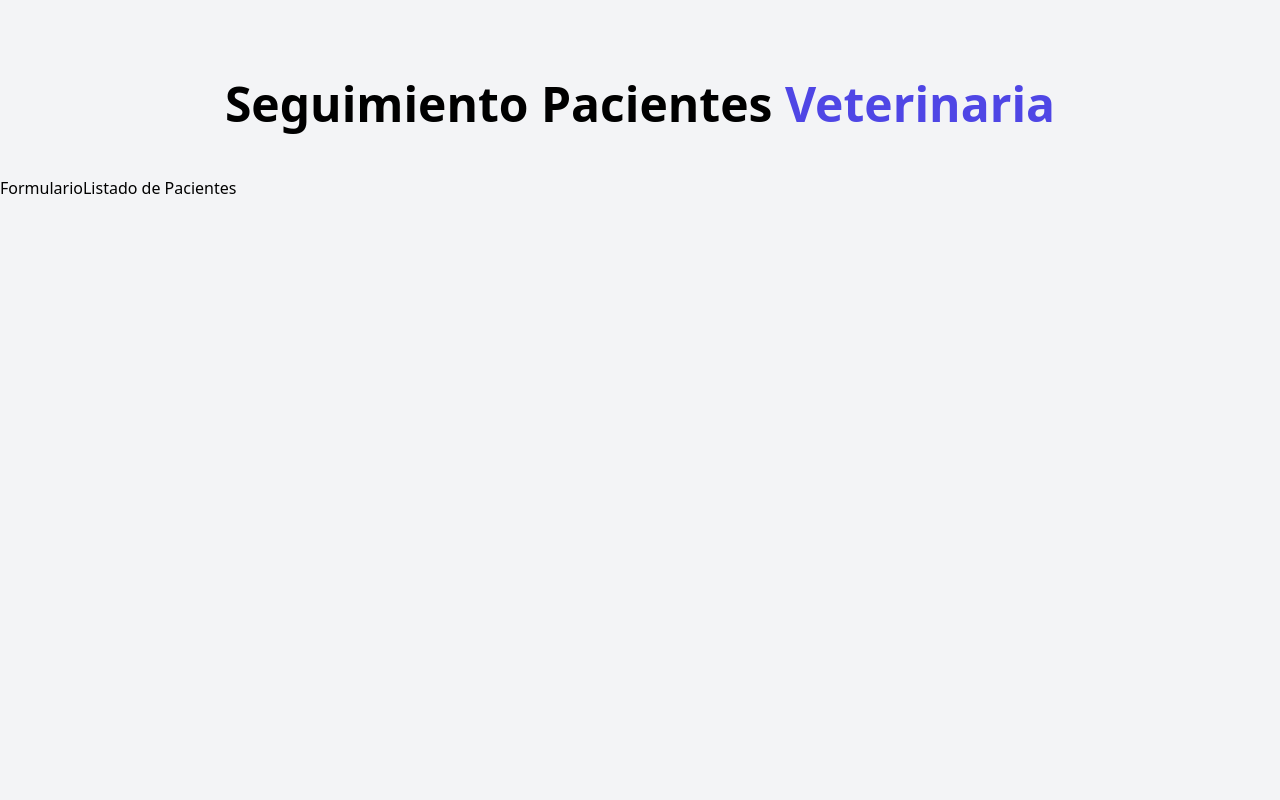
Repository: richardacb/citas_react_vite
Page: /
These files come from the project's save history. The page is drawn as it stood at one moment and after a run of saves; the edit follows.
The browser window is 1280 px wide. The pictures show the whole page.
The project was rebuilt for these pictures with package versions that can differ from the ones it lists, and the page was loaded fresh each time. Also part of the build but not shown: vite.config.js.

Above is the page before, as saved 2022-12-17 02:31:15.

### src/App.jsx
import { useState } from "react";
import Header from "./components/Header";
import Formulario from "./components/Formulario";
import ListadoPacientes from "./components/ListadoPacientes";

function App() {
  return (
    <div className="container mx-auto mt-20">
      <Header />
      <div className="mt-12 flex">
        <Formulario />
        <ListadoPacientes />
      </div>
    </div>
  );
}

export default App;

### src/components/Header.jsx
function Header() {
  return (
    <>
        <h1 className="font-black text-5xl text-center md:w-2/3 mx-auto">Seguimiento Pacientes {''}
         <span className="text-indigo-600">Veterinaria</span></h1>
    </>
  );
}

export default Header;

### src/components/Formulario.jsx
const Formulario = () => {
    return (
        <div className="">
            <h2>Formulario</h2>
        </div>
    )
}

export default Formulario;

### src/components/ListadoPacientes.jsx
const ListadoPacientes = () => {
    return (
            <h2>
                Listado de Pacientes
            </h2>
    )
}

export default ListadoPacientes;

Loaded but not shown: index.html (common file); src/main.jsx (common file); src/index.css (common file); tailwind.config.cjs (common file)

After the next 4 saves:
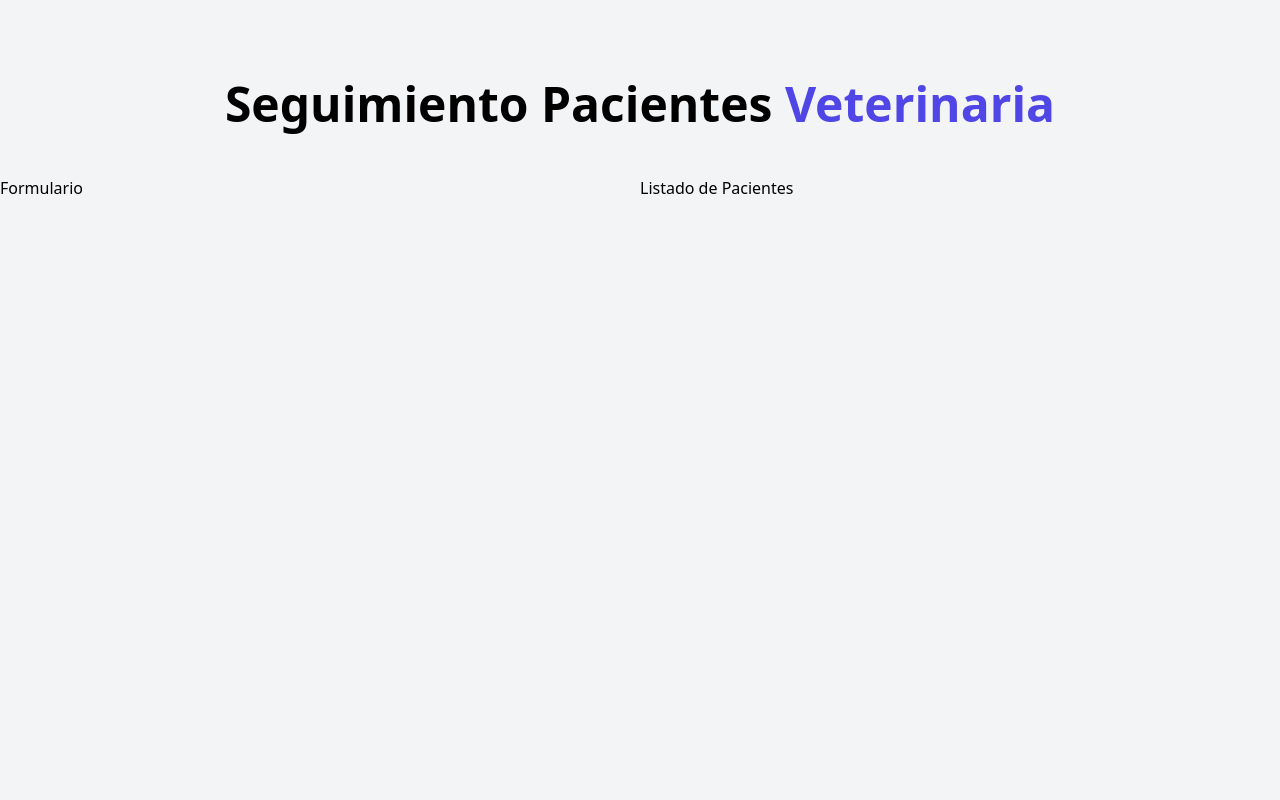
The 4 saves are shown as one change because they came seconds apart.
The last was saved 9 s later.
--- a/src/components/Formulario.jsx
+++ b/src/components/Formulario.jsx
@@ -1,6 +1,6 @@
 const Formulario = () => {
     return (
-        <div className="">
+        <div className="w-1/2">
             <h2>Formulario</h2>
         </div>
     )
